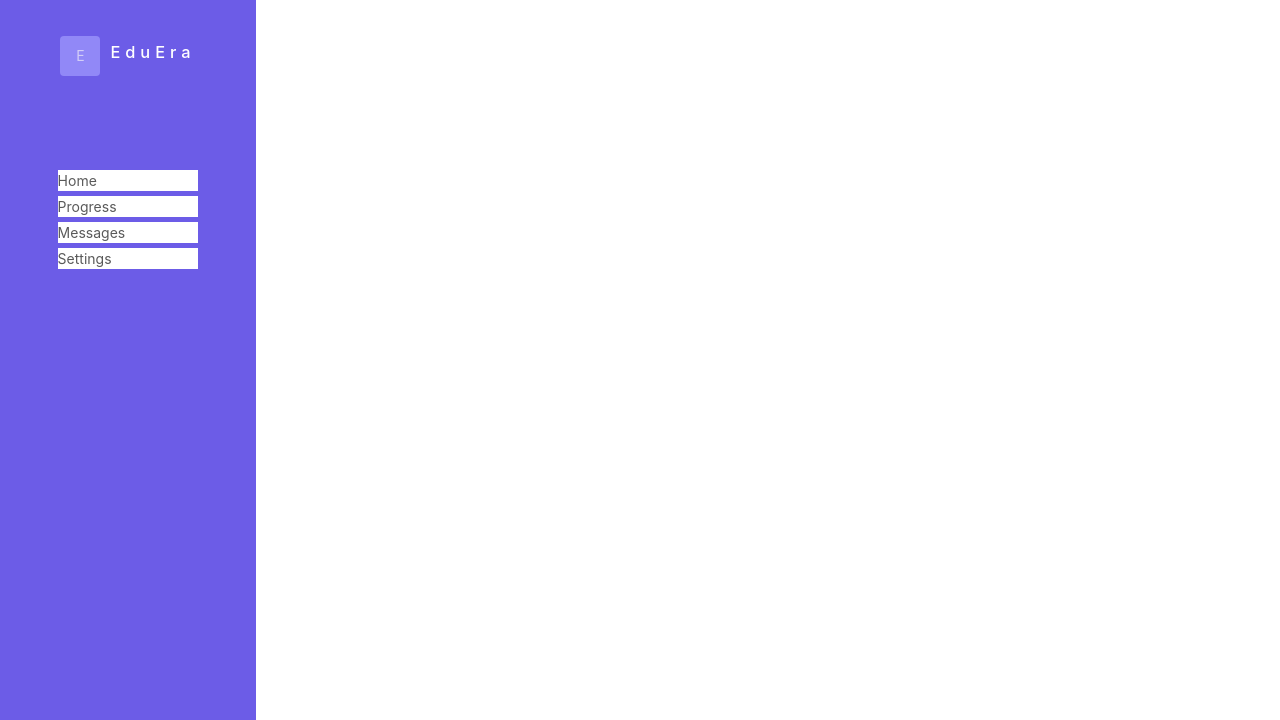
Repository: huynhnt1406/coursestorage
Page: / (app in coursestorage/)
The author's editor kept a copy of each file at every save. The page is drawn from the files as they stood at one save, then again after the next save.
The browser window is 1280 px wide. The pictures show the whole page.
The project was rebuilt for these pictures with package versions that can differ from the ones it lists, and the page was loaded fresh each time.

Above is the page before, as saved 2021-05-01 16:10:43.

### coursestorage/src/main.js
import Vue from 'vue'
import App from './App.vue'
import 'ant-design-vue/dist/antd.css'
import Antd from 'ant-design-vue';
Vue.config.productionTip = false
Vue.use(Antd);
new Vue({
  render: h => h(App),
}).$mount('#app')

### coursestorage/src/App.vue
<template>
  <div class="container">
    <div class="sidebar">
      <Sidebar/>
    </div>
    <div class="main">

    </div>
  </div>
</template>

<script>
import Sidebar from './components/Sidebar'
export default {
  components:{
    Sidebar
  }
}
</script>

<style>
*{
  margin:0
}
.container{
  background-color:white;
  min-height: 100vh;
  display: flex;
}
</style>

### coursestorage/src/components/Sidebar.vue
<template>
  <div class="sidebar">
      <div class="sidebar-header">
          <a-avatar shape="square" size="large" style="backgroundColor:#a29bfe ; opacity:0.7 ; marginRight:10px">E</a-avatar>
          <h3>EduEra</h3>
      </div>
      <div class="sidebar-links">
          <div class="link">
              <a-icon type="appstore"/>
              <span>Home</span>
          </div>
           <div class="link">
               <a-icon type="bar-chart" />
              <span>Progress</span>
          </div>
           <div class="link">
               <a-icon type="message" />
                <span>Messages</span>
          </div>
           <div class="link">
                <a-icon type="setting" />
              <span>Settings</span>
          </div>
      </div>
  </div>
</template>

<script>
export default {

}
</script>

<style>
.sidebar{
    flex:0.2;
    background-color:#6c5ce7;
}
.sidebar-header{
    display: flex;
    align-items: center;
    padding:5vh;
    justify-content: center;
}
.sidebar-header h3{
    color:white;
    letter-spacing: 5px;
}
.sidebar-links{
    padding:8vh;
}
.link{
    display: flex;
    background-color: white;
    margin-bottom:5px;
    align-items: center;
}
</style>

Loaded but not shown: coursestorage/public/index.html (common file)

After the next save:
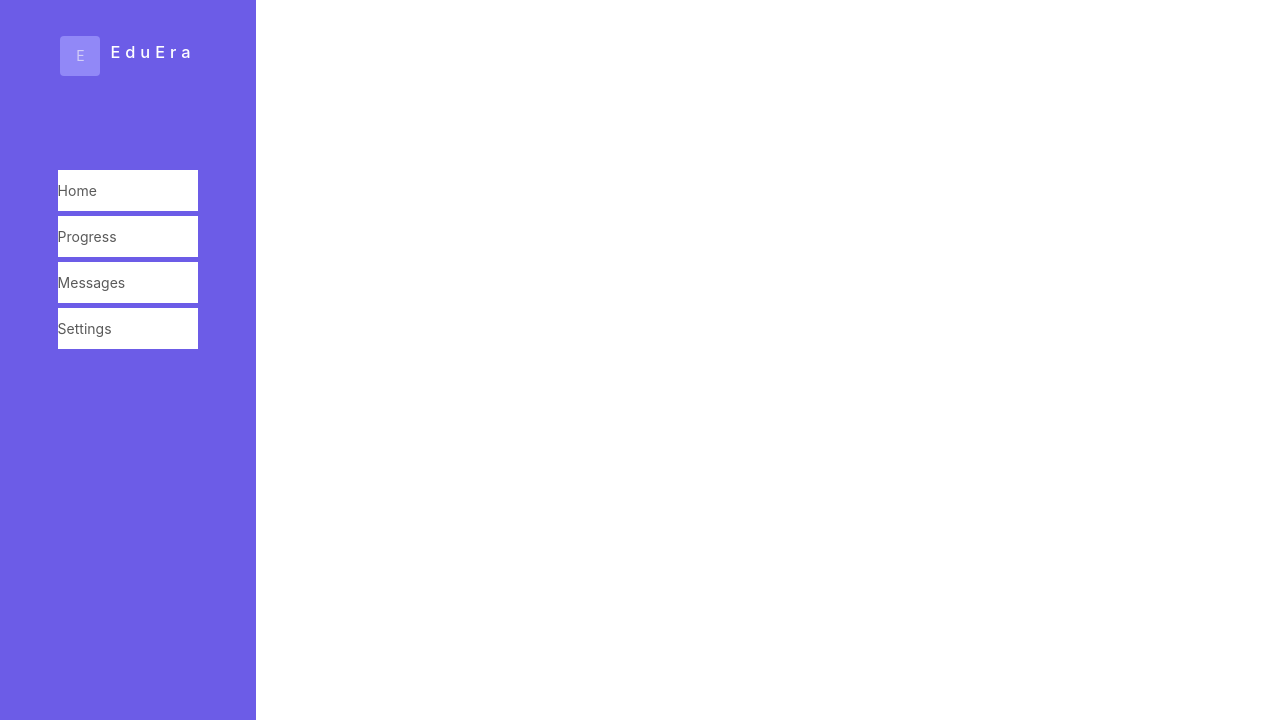
Saved 15 s later.
--- a/coursestorage/src/components/Sidebar.vue
+++ b/coursestorage/src/components/Sidebar.vue
@@ -54,5 +54,6 @@
     background-color: white;
     margin-bottom:5px;
     align-items: center;
+    padding:10px 0 10px 0;
 }
 </style>
